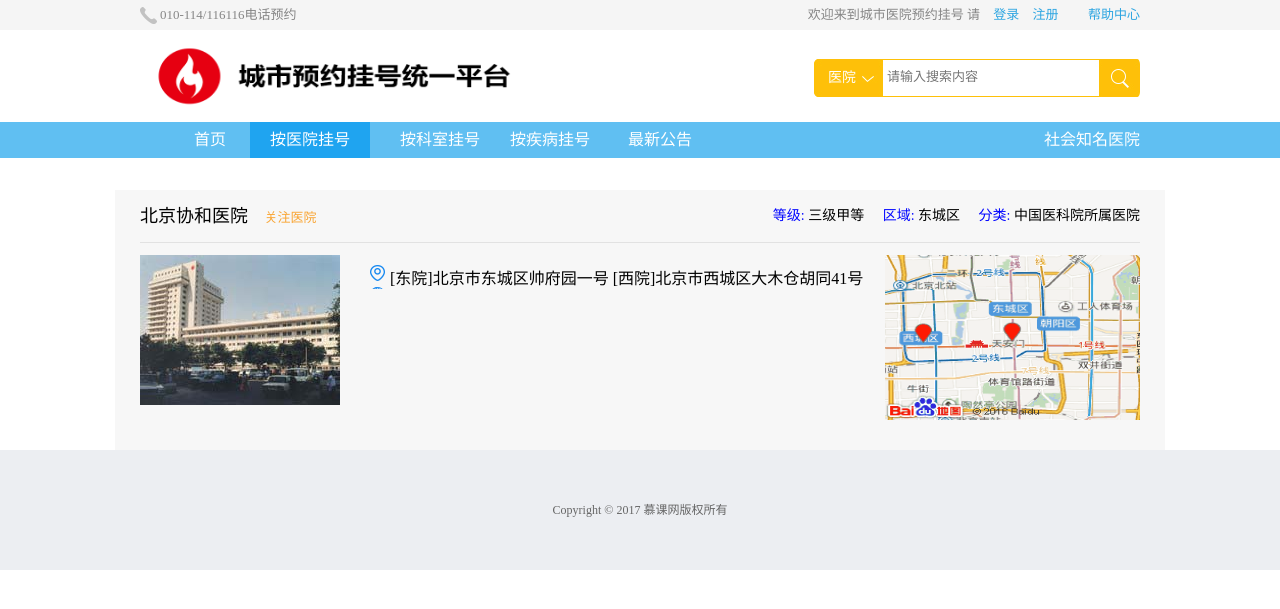
Repository: ScarApocalypse/study
Page: 挂号平台/hospital_detail.html
An editor plug-in stored every save of this project. The page is shown before and after the next save, followed by the edit.
The browser window is 1280 px wide. The pictures show the whole page.

Above is the page before, as saved 2019-01-22 22:25:38.

### 挂号平台/hospital_detail.html
<!DOCTYPE html>
<html lang="en">

<head>
    <meta charset="UTF-8">
    <title>城市预约挂号</title>
    <link rel="stylesheet" href="css/layout.css">
    <link rel="stylesheet" type="text/css" href="css/base.css">
    <link rel="stylesheet" type="text/css" href="css/ui.css">
    <link rel="stylesheet" href="css/hosptial.css">
    <link rel="stylesheet" href="css/hospital_detail.css">
    <script type="text/javascript" src="js/jquery-1.7.1.min.js"></script>
    <script type="text/javascript" src="js/data.js"></script>
    <script src="js/hosptial.js"></script>
</head>

<body>
    <!-- 顶部区域 -->
    <div id="top" class="top">
        <div class="wrap">
            <p class="call">010-114/116116电话预约</p>
            <p class="welcome">欢迎来到城市医院预约挂号&nbsp;请&nbsp;<a href="#">登录</a>
                <a href="#">注册</a>
                &nbsp;&nbsp;&nbsp;&nbsp;
                <a href="#">帮助中心</a>
            </p>

        </div>
    </div>
    <!-- 头部区域 -->
    <div id="header" class="header">
        <div class="wrap">
            <a href="index.html" class="logo">
                <img src="img/logo.png">
            </a>
            <div class="search ui-search">
                <div class="ui-search-selected">医院</div>
                <div class="ui-search-selected-list">
                    <a href="#">科室</a>
                    <a href="#">疾病</a>
                    <a href="#">医院</a>

                </div>
                <input class="ui-search-input" type="text" name="search-content" placeholder="请输入搜索内容">
                <a href="#" class="ui-search-submit"></a>
            </div>
        </div>
    </div>
    <!-- 导航栏区域 -->
    <div id="nav" class="nav">
        <div class="wrap">
            <a href="index.html" class="link">首页</a>
            <a href="hosptial.html" class="link link_focus">按医院挂号</a>
            <a href="#" class="link">按科室挂号</a>
            <a href="#" class="link">按疾病挂号</a>
            <a href="#" class="link">最新公告</a>
            <a href="#" class="link right">社会知名医院</a>
        </div>
    </div>
    <!-- 医院信息 -->
    <div class="hospitalDetail wrap">
        <div class="hospitalDetail-title">
            北京协和医院
            <a href="#" class="focus">关注医院</a>
            <div class="hospitalDetail-title-info">
                <span class="header">等级:</span>
                <span class="text">三级甲等</span>
                <span class="header">区域:</span>
                <span class="text">东城区</span>
                <span class="header">分类:</span>
                <span class="text">中国医科院所属医院</span>
            </div>
        </div>
        <div class="hospitalDetail-content">
            <img src="img/hospital-1.jpg" alt="">
            <img src="img/map-1.png" alt="">
            <div class="address">[东院]北京市东城区帅府园一号 [西院]北京市西城区大木仓胡同41号</div>
        </div>
    </div>
    <!-- 页脚区域 -->
    <div id="footer" class="footer">
        Copyright &copy 2017 慕课网版权所有
    </div>
    <!-- 回到顶部 -->
    <!-- <a class="go-top" href="#"></a> -->
    <script type="text/javascript" src="js/ui.js"></script>
</body>

</html>

### 挂号平台/css/layout.css
*{
	margin:0;
	padding:0;
}
.clearfix:after{
	content:' ';
	display: block;
	height:0;
	line-height: 0;
	clear:both;
	zoom:1;
}
.wrap{
	width: 1000px;
	margin:0 auto;
	position: relative;
}
.top{
	height: 30px;
	background-color:#f5f5f5;
}
.header{
	height: 92px;
}
.nav{
	height: 36px;
	background-color:#60bff2;
}
.banner{
	width: 802px;
	margin:0 auto;
	height: 414px;
	padding:9px 0 0 198px;
}
.banner-slider{
	float: left;
	width: 544px;
	height: 414px;
	background-color: #8edff3;
}
.banner-search{
	float:right;
	width:250px;
	height:255px;
	background-color: #eee;
}
.banner-help{
	float: right;
	width: 250px;
	height: 146px;
	background-color: #ccc;
	margin-top:12px;
}
.content{
	padding:10px 0 38px 0;
}
.content-tab{
	float: left;
	width: 742px;
	height: 490px;
	background-color: #eee;
}
.content-close,
.content-news{
	float: right;
	width: 248px;
	height: 236px;
	border:1px solid #ccc;
}
.content-close{
	margin-top:12px;
	border-color:red;
}
.footer{
	height:70px;
	padding:25px;
	background-color: #eceef2;
}

### 挂号平台/css/base.css
p{
	display: inline-block;
}
a{
	text-decoration: none;
}
select,input{
	border:none;
	outline:none;
}
img{
	display: block;
}
/*top样式*/
.top{
	line-height: 30px;
	font-size:13px;
	color:#868686;
}
.top .call{
	float:left;
	padding-left:20px;
	background:url(../img/icon-call.png) no-repeat center left;
}
.top .welcome{
	float: right;
}
.top a{
	color:#2da5e1;
	padding-left:10px;
}
/*header样式*/
.header .logo{
	width: 402px;
	height: 74px;
	padding:9px 0;
	display: inline-block;
}
.header .logo img{
	width: 100%;
	height: 100%;
}
.header .search{
	width: 326px;
	height: 38px;
	position: absolute;
	right:0;
	top:29px;
	background-color: orange;
}
/*nav样式*/
.nav .link{
	display: inline-block;
	float:left;
	padding-left:30px;
	line-height: 36px;
	color:#fff;
	font-size:16px;
	min-width:80px;
	text-align: center;
}
.nav .right{
	float:right;
}
.nav .link_focus{
	color:#fff;
	background-color:#1fa4f0;
	padding:0 20px;
}
.nav a:hover{
	color:#d7f3ff;
}
.nav .menu{
	width: 130px;
	padding-right: 30px;
	background-color: #1fa4f0;
	position: relative;

}
.nav .menu .menu-list{
	position: absolute;
	background-color: #1fa4f0;
	width: 100%;
	height: 423px;
	left: 0;
	top:36px;

}
/*banner内样式*/
.banner-search{
	background-color: #fafafa
}
.banner-help .caption,
.banner-search .caption{
	height: 22px;
	padding:15px 0 15px 0;
	text-align: center;
}
.banner-help .caption .text,
.banner-search .caption .text{
	display: inline-block;
	height: 22px;
	line-height: 22px;
	padding-left:28px;
	color:#fec009;
	font-size:16px;
	background: url(../img/icon-help.png) no-repeat 0 0;
}

.banner-search .form{
	height: 150px;
}
.banner-search .form .line{
	padding-bottom:9px;
	text-align: center;
}
.banner-search .form .line select{
	width: 170px;
	font-size:12px;
	z-index:0;
	border:1px solid #dcdddd;
	height: 26px;
	line-height: 26px;
	padding:2px 0;
	border-radius: 5px;
	color:#666;
}
.banner-search .submit{
	height: 32px;
	text-align: center;
}
.banner-search .submit .button{
	width: 108px;
	height: 32px;
	background-color: #f3cd09;
	font-size: 14px;
	color:#fff;
	border-radius: 3px;
	cursor: pointer;
}
.banner-help{
	background-color: #fafafa;
}
.banner-help .caption .text{
	color:#00b3ea;
	background-position: 0 -23px;
}
.banner-help .link{
	color:#00b3ea;
	display: inline-block;
	width: 86px;
	height: 26px;
	line-height: 26px;
	font-size:14px;
	text-align: center;
	padding:0 0 8px 26px;
}
/*content样式*/

/*content新闻和停诊样式*/
.content-close,
.content-news{
	background-color:#fff;
	border:1px solid #f4f6fa;
}
.content-close .caption,
.content-news .caption{
	height:38px;
	line-height: 38px;
	background-color: #f4f6fa;
	text-indent:20px;
	color:#fec009;
	font-size:15px;
}
.content-close .more,
.content-news .more{
	float: right;
	padding-right: 22px;
	font-size:12px;
	color:#868686;
}
.content-close .list,
.content-news .list{
	padding: 15px 20px 13px 35px;
	line-height: 29px;
	font-size:12px;
	background: url(../img/list-yellow.jpg) 15px 22px no-repeat;
}
.content-close .list .link,
.content-news .list .link{
	display: block;
	color:#969696;
}

.content-close .caption{
	color:#4ab4ed;
}
.content-close .list{
	background: url(../img/list-blue.jpg) 15px 22px no-repeat;

}
/*tab样式*/
.content-tab{
	background: none;
}
.content-tab .caption{
	height: 34px;
	line-height: 34px;
	background-color: #f5f6fa;
}
.content-tab .caption .item{
	display: block;
	width: 112px;
	height: 34px;
	text-align: center;
	float: left;
	color:#00b3ea;
}
.content-tab .caption .item_focus{
	background-color: #60bff2;
	color:#fff;
}
.content .block{
	border:1px solid #f4f6fa;
	height: 452px;
}
.content-tab .block-caption{
	height: 26px;
	line-height: 26px;
	padding:8px;
	border-bottom:1px solid #f4f6fa;
}
.content-tab .block-caption-item{
	display: inline-block;
	padding:0 10px 0 10px;
	font-size:12px;
	color:#4c4948;
}
.content-tab .block-caption-item_focus{
	background-color: #60bff2;
	color:#fff;
}
.content-tab .block-content{
	padding:16px 12px;
}
.content-tab .block-content .block-list .item{
	float: left;
	width:216px;
	height: 102px;
	padding:0 20px 10px 120px;
	position: relative;
	font-size:12px;
}
.content-tab .block-content .block-list .item img{
	width: 110px;
	height: 98px;
	position: absolute;
	left:0;
	top:0;
}
.content-tab .block-content .block-list .item-name{
	color:#036eb7;
	font-size:14px;
	line-height: 21px;
	padding-top:13px;
}
.content-tab .block-content .block-list .item-level{
	float: right;
	font-size:12px;
	color:#979797;
}
.content-tab .block-content .block-list .item-phone,
.content-tab .block-content .block-list .item-address{
	/*font-size:12px;*/
	line-height: 18px;
	padding-bottom:4px;
	color:#666;
}
/*tab文案列表样式*/
.content-tab .block-content .block-text-list{

}
.content-tab .block-content .block-text-list .item{
	width: 351px;
	height: 27px;
	display: block;
	font-size:14px;
	color:#666;
	padding-top:8px;
	float: left;
	border-bottom:1px dashed #dcdddd;

}
.content-tab .block-content .block-text-list .item:nth-child(2n){
	margin-left:13px;
}
.content-tab .block-content .block-text-list .item .level{
	float: right;
	padding-right:10px;
}
.content-tab .block-content .block-more{
	display: block;
	line-height: 55px;
	text-align: center;
	color:#5084c4;
	font-size:14px;
}
/*页脚样式*/
.footer{
	line-height: 70px;
	text-align: center;
	font-size:12px;
	color:#666;
}
.go-top{
	display: block;
	position: fixed;
	width: 40px;
	height: 40px;
	right:2px;
	bottom:2px;
	z-index:99;
	color:#fff;
	background: rgb(102,102,102) url(../img/icon-go-up.png) center no-repeat;
	/*background: red;*/
}
.go-top:hover{
	background: rgb(102,102,102);
}
.go-top:hover:after{
	content:'回到顶部';
	display: block;
	line-height: 20px;
	text-align: center;
}

### 挂号平台/css/ui.css
/*ui-search搜索*/
.ui-search {
	background: url(../img/ui-search.jpg);
	font-size: 14px;
	color: #fff;
	position: relative;
}

.ui-search-selected {
	width: 70px;
	height: 38px;
	line-height: 38px;
	position: absolute;
	left: 0;
	top: 0;
	text-indent: 14px;
}

.ui-search-selected-list {
	display: none;
	position: absolute;
	width: 67px;
	line-height: 24px;
	background-color: #fff;
	box-shadow: 3px 3px 5px rgba(0, 0, 0, .2);
	left: 2px;
	top: 36px;
	z-index: 2;
}

.ui-search-selected-list a {
	display: block;
	text-align: center;
	color: #a5a2a2;
}

.ui-search-selected-list a:hover {
	background-color: #ebeef5;
}

.ui-search-input {
	width: 208px;
	height: 26px;
	position: absolute;
	top: 5px;
	left: 73px;
	line-height: 26px;
	font-size: 13px;
	color: #a5a2a2;
}

.ui-search-submit {
	display: block;
	position: absolute;
	right: 0;
	top: 1px;
	width: 40px;
	height: 36px;
}

/* ui-menu分类菜单 */
.ui-menu{}
.ui-menu-item{
	height: 22px;
	line-height: 22px;
	padding:8px 5px 9px 6px;
	/* margin-left:2px; */
	/* position: relative; */
}
.ui-menu-item:hover{
	background: #fff;
}
.ui-menu-item-department{
	float: left;
	height: 22px;
	line-height: 22px;
	position: relative;
	padding-left:30px;
	font-size:14px;
	color:#fff;
}
.ui-menu-item-department:before{
	content:'';
	display:block;
	width: 22px;
	height: 21px;
	position: absolute;
	left:0;
	top:1px;
	background:url('../img/icon-menu.jpg') -22px 0 no-repeat;
}
.ui-menu-item:nth-child(2) .ui-menu-item-department:before{
	background-position-y:-22px;
}
.ui-menu-item:nth-child(3) .ui-menu-item-department:before{
	background-position-y:-66px;
}
.ui-menu-item-disease{
	font-size: 12px;
	float:right;
	padding-left:5px;
	color:#d7f3ff
}
.ui-menu-item:hover .ui-menu-item-department:before{
	background-position-x: 0;
}
.ui-menu-item:hover .ui-menu-item-department{
	color:#333;
}
.ui-menu-item:hover .ui-menu-item-disease{
	color:#868686;
}
.ui-menu-item:hover .ui-menu-item-detail{
	display: block;
}
.ui-menu-item-detail{
	display:none;
	position: absolute;
	width: 500px;
	height: 393px;
	padding:20px 10px 10px 29px;
	background:#fff url(../img/bg-menu.jpg) center no-repeat;
	top:0;
	left:190px;
	box-shadow:5px 5px 2px rgba(0,0,0,.1);
	z-index:9;

}
.ui-menu-item-detail-group{
	padding-bottom:20px;
	text-align: left;


}
.ui-menu-item-detail-group-caption{
	width: 100%;
	display:block;
	color:#666;
	font-size:16px;
	font-weight:bold;
	line-height: 34px;
	height: 34px;
}
.ui-menu-item-detail-group-list{
	line-height: 23px;
}
.ui-menu-item-detail-group-list a{
	display: inline-block;
	color:#868686;
	margin-right:8px;
	font-size:12px;
	padding-bottom:5px;
}
.ui-menu-item-detail-group-list a:after{
	content:'|';
	color:#eee;
	padding-left:8px;
}
/* ui-slider组件 */
.ui-slider{
	width: 544px;
	height: 414px;
	position: relative;
	overflow: hidden;
}
.ui-slider-wrap{
	width: 99999px;
	height: 414px;
	position: absolute;
	left:0;
	right:0;
	transition:all .5s;
}
.ui-slider-wrap .item{
	display: block;
	float:left;
	width: 544px;
	height: 414px;
}
.ui-slider-arrow{
	width: 544px;
	height: 40px;
	position: absolute;
	/* background: #000;	 */
	top:50%;
	transform: translateY(-50%);
}
.ui-slider-arrow .item{
	display: block;
	width: 40px;
	height: 40px;
	position: absolute;
	top:0;
	background: url(../img/ui-slider-arrow.png) no-repeat;
}
.ui-slider-arrow .left{
	left:0;
}
.ui-slider-arrow .right{
	right:0;
	background-position: -40px 0;
}
.ui-slider-process{
	width: 544px;
	height: 12px;
	text-align: center;
	position: absolute;
	left:0;
	bottom:20px;
}
.ui-slider-process .item{
	display: inline-block;
	width: 16px;
	height: 16px;
	background:url(../img/ui-slider-process.png) no-repeat;

}
.ui-slider-process .item_focus,
.ui-slider-process .item:hover{
	background-position: -23px 0;
}
/* 回到顶部 */
.ui-backTop{
	display: none;
	position: fixed;
	right:2px;
	bottom: 2px;
	z-index: 9;
	width: 40px;
	height: 40px;
	color: #fff;
	background:rgba(102,102,102,.9) url(../img/icon-go-up.png) center no-repeat;
}
.ui-backTop:hover{
	background: rgba(102,102,102,.9);
}
.ui-backTop:hover:after{
	content:'回到顶部';
	display: block;
	line-height: 20px;
	text-align: center;
}

### 挂号平台/css/hosptial.css
/* 筛选区域 */
.filter{
    min-height: 100px;
    background-color: #fbfbfb;
    margin:20px auto;
}
.filter .group{
    padding:15px 60px 15px 180px;
    color:#4c4948;
    font-size:12px;
    line-height: 18px;
    min-height:30px;
    position: relative;
}
.filter .group .caption{
    position: absolute;
    left: 30px;
    top: 21px;
    width: 150px;
}
.filter .group .condition{
   color:#4c4948;
   display: inline-block;
   position: relative;
   margin:6px 24px 6px 0px;
   padding:0 5px;
}
.filter .group .caption .condition{
    position: absolute;
    right:0;
    top: -6px;
}
.filter .group .caption .condition::before,
.filter .group .condition::after{
    content:'';
    display: block;
    width: 1px;
    height: 18px;
    background: #dcdddd;
    position: absolute;
    top:0;
    right:-12px;
}
.filter .group .caption .condition::before{
    left:-12px;
}
.filter .group .condition_focus,
.filter .group .condition:hover{
    color:#fff;
    background-color:#60bff2;
}
/* 医院列表 */
.datalist .item{
    height: 130px;
    padding:23px 0 23px 224px;
    border:1px solid #f4f6fa;
    border-bottom:none;
    position: relative;
}
.datalist .item .cover{
    width: 180px;
    height: 130px;
    position: absolute;
    overflow: hidden;
    left: 15px;
    top: 23px;
}
.datalist .item:hover{
    background-color:#f5fcff;
}
.data .item .cover img{
    width: 100%;
    height: 100%;
}
.datalist .item .name{
    padding:13px 0;
    color:#000;
    font-size:15px;
}
.datalist .item .name .level{
    padding:0 2px 0 14px;
    color:#f7b52c;
    font-size: 12px;
}
.datalist .item .address,
.datalist .item .phone,
.datalist .item .time{
    margin-bottom:8px;
    font-size: 13px;
    color:#888;
    line-height: 17px;
    padding-left:22px;
    background: url(../img/icon-tel.png) no-repeat;
    background-position: 1px -36px;
}
.datalist .item .phone{
    background-position: 1px 0;
}
.datalist .item .address{
    background-position: 1px -17px;
}
.datalist .item .button{
    position: absolute;
    width: 105px;
    height: 37px;
    right: 70px;
    top:76px;
    display: block;
    background:url(../img/button-now.png) no-repeat  center left;
}
.datalist .item .button:hover{
    background-position: center right;
}
/* 分页区域 */
.pagination{
    height: 45px;
    line-height: 25px;
    border:1px solid #f4f6fa;
    text-align: center;
    color:#666;
    font-size:15px;
    margin-bottom:200px;
    padding:10px 0;
    box-sizing: border-box;
}
.pagination .item{
    margin-left:14px;
    color:#666;
    display: inline-block;
}
.pagination .item_icon:hover{
    background-color: #00b3ec;
}
.pagination .item_icon{
    background:url(../img/icon-pagination-arrow.png) no-repeat;
}
.pagination .item_prev{
    background-position: 6px -15px;
}
.pagination .item_prev:hover{
    background-position: -20px -15px;
}
.pagination .item_next{
    background-position: 8px 4px;
}
.pagination .item_next:hover{
    background-position: -18px 4px;
}
.pagination .input_page,
.pagination .item_page,
.pagination .item_icon{
    display: inline-block;
    width: 23px;
    height: 23px;
    line-height: 23px;
    border:solid 1px #dcdddd;
    border-radius:3px;
}
.pagination .item_page_focus{
    background:#00b3ec;
    color:#fff
}
.pagination .input_page{
    width: 45px;
    text-align: center;
}
.pagination .input_submit{
    width: 34px;
    height: 25px;
    display: inline-block;
    margin-left:10px;
    background:url(../img/icon-pagination-go.png);
    vertical-align:middle;
    cursor: pointer;
}

### 挂号平台/css/hospital_detail.css
.hospitalDetail{
    height: 260px;
    background:#f7f7f7;
    margin-top:32px;
    /* padding-left:250px */
    padding:0 25px;
    position: relative;
}
.hospitalDetail .hospitalDetail-title{
    font-size:18px;
    height: 52px;
    line-height: 52px;
    border-bottom:1px solid #e2e2e2;
}
.hospitalDetail .hospitalDetail-title .focus{
    color:#f9a533;
    font-size:13px;
    margin-left:12px;
}
.hospitalDetail .hospitalDetail-title .hospitalDetail-title-info{
    float:right;
    font-size:14px;
}
.hospitalDetail .hospitalDetail-title .hospitalDetail-title-info .header{
    color:#0205ff;
    margin-left:15px;
}
.hospitalDetail-content{
    padding:22px 270px 0 230px;
    position: relative;
}
.hospitalDetail-content img{
    position: absolute;
    left:0;
    top:12px;
    width: 200px;
    height: 150px;
}
.hospitalDetail-content img:nth-child(2){
    width: 255px;
    height: 165px;
    left:auto;
    right:0;
}
.hospitalDetail .hospitalDetail-content .address{
    background: url(../img/icon-web.png) 0 0 no-repeat;
    padding-left:20px;
}

### 挂号平台/js/ui.js
//ui-search组件
$.fn.UiSearch = function () {
	var ui = $(this);
	var flag = 0;
	$('.ui-search-selected', ui).on('click', function () {
		if (flag) {
			$('.ui-search-selected-list').hide();
			flag = 0;
		} else {
			$('.ui-search-selected-list').show();
			flag = 1;
		}

		return false;
	});
	$('.ui-search-selected-list a', ui).on('click', function () {
		$('.ui-search-selected').text($(this).text());
		$('.ui-search-selected-list').hide();
		flag = 0;
		return false;
	});
	$('body').on('click', function () {
		if (flag) {
			$('.ui-search-selected-list').hide();
			flag = 0;
		}

	});
};
$.fn.UiSlider = function () {
	var ui = $(this);
	var wrap = $('.ui-slider-wrap');
	var btn_prev = $('.ui-slider-arrow .left', ui);
	var btn_next = $('.ui-slider-arrow .right', ui);
	var items = $('.ui-slider-wrap .item', ui);
	var tips = $('.ui-slider-process .item', ui);
	// 预定义
	var current = 0;
	var size = items.size();
	var width = items.eq(0).width();
	var enableAuto = true;
	// 具体操作
	ui.on('mouseover', function () {
		enableAuto = false;
	}).on('mouseout', function () {
		enableAuto = true;
	});
	wrap
		.on('move_to', function (evt, index) {
			wrap.css('left', index * width * -1);
			tips.removeClass('item_focus').eq(index).addClass('item_focus');
		})
		.on('move_prev', function () {
			if (current <= 0) {
				current = size - 1;
			}
			current = current - 1;
			wrap.triggerHandler('move_to', current);
		})
		.on('move_next', function () {
			if (current == size - 1) {
				current = -1;
			}
			current = current + 1;
			wrap.triggerHandler('move_to', current);
		})
		.on('auto_move', function () {
			setInterval(function () {
				enableAuto && wrap.triggerHandler('move_next');
			}, 2000)
		});
	btn_prev.on('click', function () {
		wrap.triggerHandler('move_prev');
	});
	btn_next.on('click', function () {
		wrap.triggerHandler('move_next');
	});
	wrap.triggerHandler('auto_move');
};
// 级联菜单
$.fn.UiCascading = function () {
	var ui = $(this);
	var selects = $('select', ui);
	selects
		.on('reloadOptions', function () {
			var method = $(this).attr('data-search');
			var args = $(this).attr('data-where').split(',');

			var data = AjaxRemoteGetData[method].apply(this,args);
			var select = $(this);

			select.find('option').remove();
			// console.log(select[0]);
			$.each(data, function (i, item) {
				var el = $('<option value="' + item + '">' + item + '</option>');
				// console.log(el[0]);

				select.append(el);
			});

		})
		.on('change', function () {
			var val = $(this).val();
			var index = selects.index(this);
			// 触发下一个select的更新，根据当前的值
			var where = $(this).attr('data-where');
			where = where ? where.split(',') : [];
			where.push($(this).val());
			selects.eq(index + 1)
				.attr('data-where', where.join(','))
				.triggerHandler('reloadOptions');

			ui.find('select:gt(' + (index + 1) + ')').each(function () {
				$(this)
					.attr('data-where', '')
					.triggerHandler('reloadOptions');
			});


		});

	selects.eq(0).triggerHandler('reloadOptions');

};
$.fn.UiTab=function(header,content,focus_prefix){
	var ui=$(this);
	var tabs=$(header,ui);
	var cons=$(content,ui);
	var focus_prefix=focus_prefix||'';
	tabs.on('click',function(){
		var index=$(this).index();

		tabs.removeClass(focus_prefix+'item_focus').eq(index).addClass(focus_prefix+'item_focus');
		cons.hide().eq(index).show();

	});
};
$.fn.UiBackTop=function(){
	var ui=$(this);

	var el=$('<a class="ui-backTop" href="#"></a>');
	ui.append(el);
	// alert('msg');
	var windowHeight=$(window).height();
	$(window).on('scroll',function(){
		var top=$('html').scrollTop();
		if(top>windowHeight){

			el.show();
		}else{
			el.hide();
		}
	});
};
$(function () {
	console.log("hello");
	$('.ui-search').UiSearch();
	$('.ui-slider').UiSlider();
	$('.ui-cascading').UiCascading();
	$('.content-tab').UiTab('.caption > .item','.block > .item');
	$('.content-tab .block .item').UiTab('.block-caption>a','.block-content > .block-wrap','block-caption-');
	$('body').UiBackTop();
	console.log(AjaxRemoteGetData.getDistinctArea());
});

Loaded but not shown: 挂号平台/js/jquery-1.7.1.min.js (library); 挂号平台/js/hosptial.js (145 lines, source omitted); 挂号平台/js/data.js (172 lines, source omitted)

After the next save:
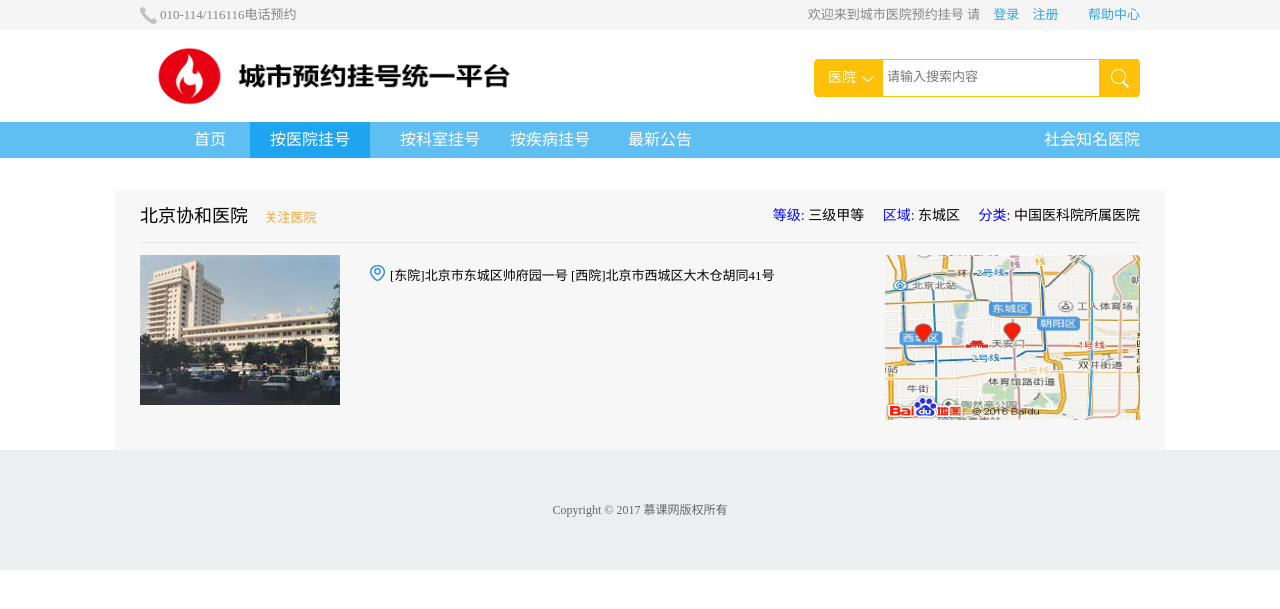
Saved 46 s later.
--- a/挂号平台/css/hospital_detail.css
+++ b/挂号平台/css/hospital_detail.css
@@ -45,4 +45,5 @@
 .hospitalDetail .hospitalDetail-content .address{
     background: url(../img/icon-web.png) 0 0 no-repeat;
     padding-left:20px;
+    font-size:13px;
 }
